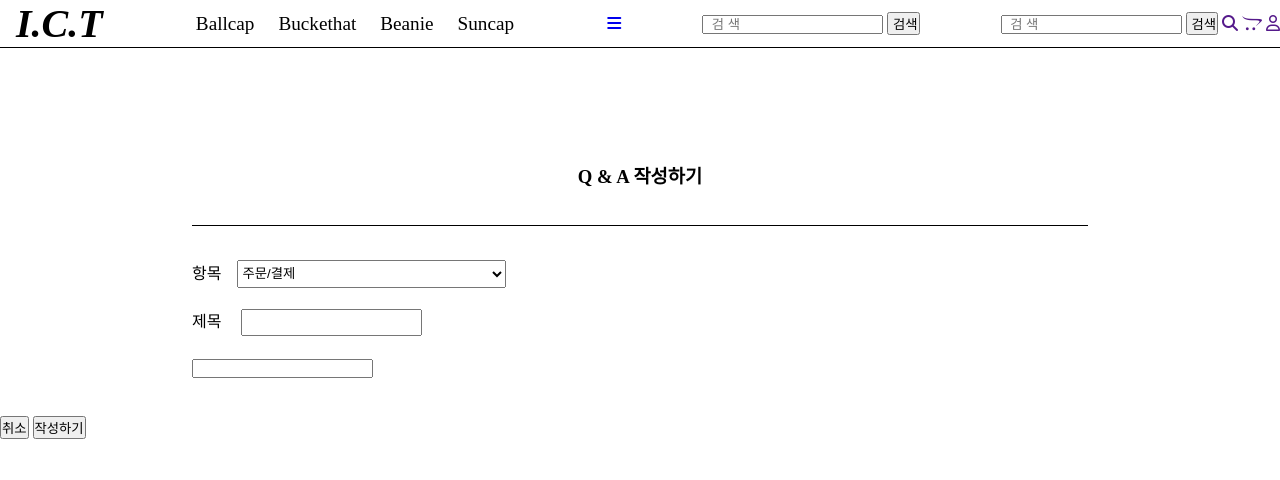
Repository: Developer120000/project1
Page: http://localhost/project1/productpage/q_a_write.jsp
These files come from the project's save history. The page is drawn as it stood at one moment and after the next save; the edit follows.
The browser window is 1280 px wide. The pictures show the whole page.
Some web libraries are served in a nearby version. The page is served by Tomcat 9.

Above is the page before, as saved 2024-03-22 03:36:38.
Console error: SyntaxError: Identifier 'hamburger' has already been declared

### project1/src/main/webapp/productpage/q_a_write.jsp
<%@ page language="java" contentType="text/html; charset=UTF-8"
    pageEncoding="UTF-8"%>
<!DOCTYPE html>
<html>
<head>
<meta charset="UTF-8">
<meta name="viewport" content="width=device-width, initial-scale=1">
<title>payment</title>
<%@ include file="header.jsp" %>
<link rel="stylesheet" href="../css/header.css">
<script src="../js/header.js" defer></script>
<link rel="stylesheet" href="../css/q_a_write.css">
</head>
<body>
	<div class="qawritercontainer">
		<div class="qawriterwrapper">
			<h3 class="qawritertitle">Q & A 작성하기</h3>
			<ul class="qawriterul">
				<li class="qawriterli">
					<label for="qawriteritem" class="qawriteritem1">항목</label>
					<select name="qawriteritem1" class="qawriteritem">
						<option value="">주문/결제</option>
						<option value="">취소/환불</option>
						<option value="">출고/배송</option>
						<option value="">반품/교환</option>
						<option value="">재입고문의</option>
						<option value="">제품문의</option>
						<option value="">기타문의</option>
					</select>
				</li>
				<li>
					<label for="qawriteritem" class="qawriteritem1">제목</label>
					<input type="text" class="qawriteritem1-1" id="qawriteritem" required>
				</li>
				<li>
					<input type="text" class="ip2 ts1" id="utelephone" name="utelephone1" required>
				</li>
			</ul>
		</div>
		<p class="qwrite">
			<input type="reset" class="qwrite1" value="취소">
			<input type="submit" class="qwrite1" value="작성하기">
		</p>
	</div>
</body>
</html>

### project1/src/main/webapp/productpage/header.jsp
<%@ page language="java" contentType="text/html; charset=UTF-8"
    pageEncoding="UTF-8"%>
<!DOCTYPE html>
<html>
<head>
<meta charset="UTF-8">
<meta name="viewport" content="width=device-width, initial-scale=1.0">
<title>I.C.T</title>
<script src="https://kit.fontawesome.com/80123590ac.js" crossorigin="anonymous"></script>
<link rel="stylesheet" href="../css/header.css">
<script src="../js/header.js" defer></script>
<!-- <script defer src="js 파일 위치"></script> -->
</head>
<body>
	<header id="header">
		<div class="wrapper">
			<p class="title">
				<a href="">I.C.T</a>
			</p>
			<ul class="category">
				<li><a href="">Ballcap</a></li>
				<li><a href="">Buckethat</a></li>
				<li><a href="">Beanie</a></li>
				<li><a href="">Suncap</a></li>
			</ul>
			<a href="#" class="hamburger">
				<i class="fa-solid fa-bars"></i>
			</a>
			<form class="item2" onsubmit="return false">
				<input type="text" class="searchbar2" type="text" placeholder="&nbsp;&nbsp;검 색">
				<button class="res2">&nbsp;검색</button>
			</form>
			<form class="item" onsubmit="return false">
				<input type="text" class="searchbar1" type="text" placeholder="&nbsp;&nbsp;검 색">
				<button class="res1">&nbsp;검색</button>
				<a href="" class="b1 a1"><i class="fa-solid fa-magnifying-glass"></i></a>
				<a href="" class="b2 a1"><i class="fa-brands fa-opencart"></i></a>
<!-- 				<i class="fa-solid fa-cart-shopping"></i> -->
				<a href="" class="b3 a1"><i class="fa-regular fa-user"></i></a>
			</form>
		</div>
	</header>

</body>
</html>

### project1/src/main/webapp/css/header.css
@charset "UTF-8";
*{margin: 0px; }
#header{

/* 	height: 4.06rem; */
}
.wrapper{
	width: 100%;
	position: fixed;
	display: flex;
	justify-content: space-between;
	align-items: center;
	background-color: white;
	border-bottom: 1px solid black;
	z-index: 5;
}
.title a{
	text-decoration: none;
	font-size: 2.5rem;
	font-weight: bold;
	margin-left: 1rem;
	color: black;
	font-style: italic;
	display: inline-block;
}
.category{
	display: flex;
/* 	margin-right: 50%; */
	list-style: none;
}
.category li{
	padding: 8px 12px;
}
li a{
/* 	margin-right: 1.0rem; */
	font-size: 1.2rem;
	text-decoration: none;
}
li a:visited {color: black;}
li a:hover {text-decoration: underline;}

.search{
	display: flex;
	padding-left: 0;

/* 	width: 60%; */
/* 	text-align: right; */
}
.searchbar{
/* 	width: 30%; */
/* 	margin-right: 5px;  */
	padding: 5px;
}
.a1{
/* 	margin-right: 10%; */
}
.icon{display: none;}


@media screen and (max-width:600px){
	.wrapper{
		flex-direction: column;
		align-items: flex-start;
		padding: 8px 24px;
	}
	.category{
		display: none;
		flex-direction: column;
		align-items: center;
		width: 100%;
	}
	.category li a{
		width: 100%;
		text-align: center;
	}
	.search{
		display: none;
		justify-content: center;
		width: 100%;
	}
	.icon{
		display: block;
	}
}

@media screen and (max-width:1138px){


}


@media screen and (max-width:800px){


}

/* 1015px 이하 - suncap 사라짐 */
@media screen and (max-width:590px){

	.header_second #s4{display: none;}
}

### project1/src/main/webapp/css/q_a_write.css
@charset "UTF-8";
*{margin: 0px; padding: 0px; box-sizing: border-box;}

.qawritercontainer{
	padding-top: 4.06rem;
	width: 100%;
}
.qawriterwrapper{
	display: flex;
	flex-direction: column;
	align-items: center;
	line-height: 2rem;
	width: 100%;
}
.qawritertitle{
	margin-top: 4rem;
	padding: 2rem 0;
	border-bottom: 1px solid black;
	width: 70%;
	text-align: center;
}
.qawriterul{
	width: 70%;
	list-style: none;
	margin: 2rem 0;
}
.qawriterli{
	width: 100%;
	display: flex;
	align-items: center;
}
.qawriteritem1{
	margin-right: 1rem;
	margin-bottom: 1rem;
}
.qawriteritem{
	width: 30%;
	height: 1.7rem;
	margin-bottom: 1rem;
}
.qawriteritem1-1{
	height: 1.7rem;
	flex-grow: 1;
	margin-bottom: 1rem;
}
.qawiter{
	width: 100%;
	height: 40vh;
	margin-top: 1rem;
}
.qawrite{
	width: 70%;
	height: 1.9rem;
	display: flex;
    justify-content: flex-end;
}
.qawrite1{
	min-width: 8rem;
	height: 100%;
	color: black;
	cursor: pointer;
	border: 1px solid black;
	background-color: white;
}
.qawrite2{
	min-width: 8rem;
	height: 100%;
	background-color: black;
	color: white;
	border: none;
	cursor: pointer;
	margin-left: 1rem;
}

### project1/src/main/webapp/js/header.js
const hamburger = document.querySelector('.hamburger');
const category = document.querySelector('.category');

hamburger.addEventListener('click', () => {
    category.classList.toggle('active');
})

document.addEventListener('click', (e) => {
    if (!category.contains(e.target) && !hamburger.contains(e.target)) {
        category.classList.remove('active');
    }
})


const b1 = document.querySelector('.b1');
const searchbar2 = document.querySelector('.searchbar2');
const res2 = document.querySelector('.res2');

b1.addEventListener('click', (e) => {
	e.preventDefault();
//	e.stopPropagation();
    searchbar2.classList.toggle('active');
    res2.classList.toggle('active');
})

document.addEventListener('click', (e) => {
    if (!searchbar2.contains(e.target) && !res2.contains(e.target) && !b1.contains(e.target)) {
        searchbar2.classList.remove('active');
    }
})

document.addEventListener('click', (e) => {
    if (!res2.contains(e.target) && !searchbar2.contains(e.target) && !b1.contains(e.target)) {
        res2.classList.remove('active');
    }
})


//const b2 = document.querySelector('.b2');
//const b3 = document.querySelector('.b3');
//
//hamburger.addEventListener('click', () => {
//    b2.classList.toggle('active');
//    b3.classList.toggle('active');
//})
//
//document.addEventListener('click', (e) => {
//    if (!hamburger.contains(e.target) && !b2.contains(e.target) && !b3.contains(e.target) && !category.contains(e.target)) {
//		category.classList.remove('active');
//        b2.classList.toggle('active');
//    	b3.classList.toggle('active');
//    }
//})

After the next save:
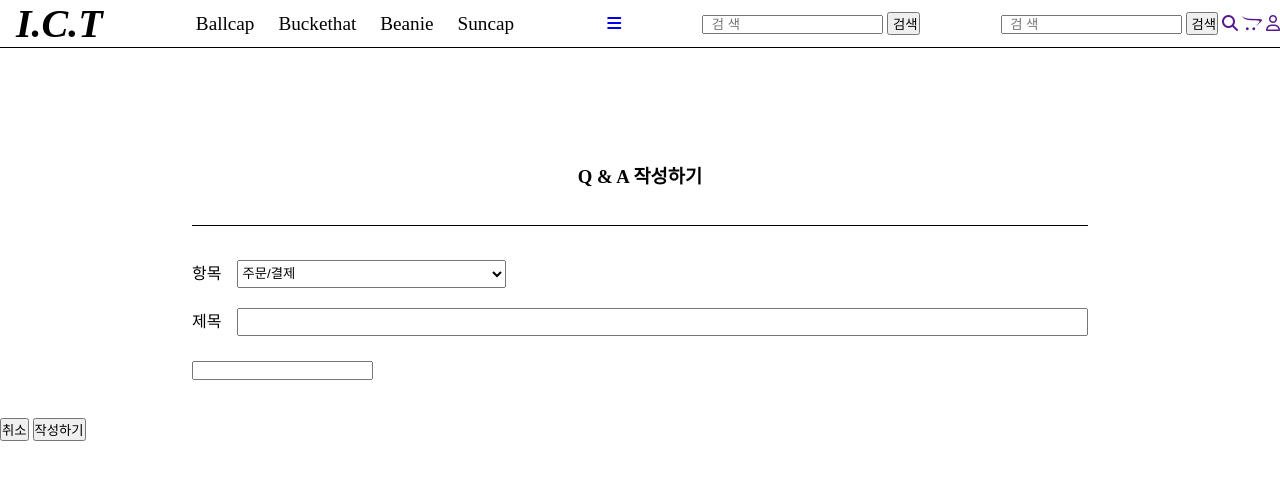
Saved 35 s later.
--- a/project1/src/main/webapp/productpage/q_a_write.jsp
+++ b/project1/src/main/webapp/productpage/q_a_write.jsp
@@ -28,7 +28,7 @@
 						<option value="">기타문의</option>
 					</select>
 				</li>
-				<li>
+				<li class="qawriterli">
 					<label for="qawriteritem" class="qawriteritem1">제목</label>
 					<input type="text" class="qawriteritem1-1" id="qawriteritem" required>
 				</li>
